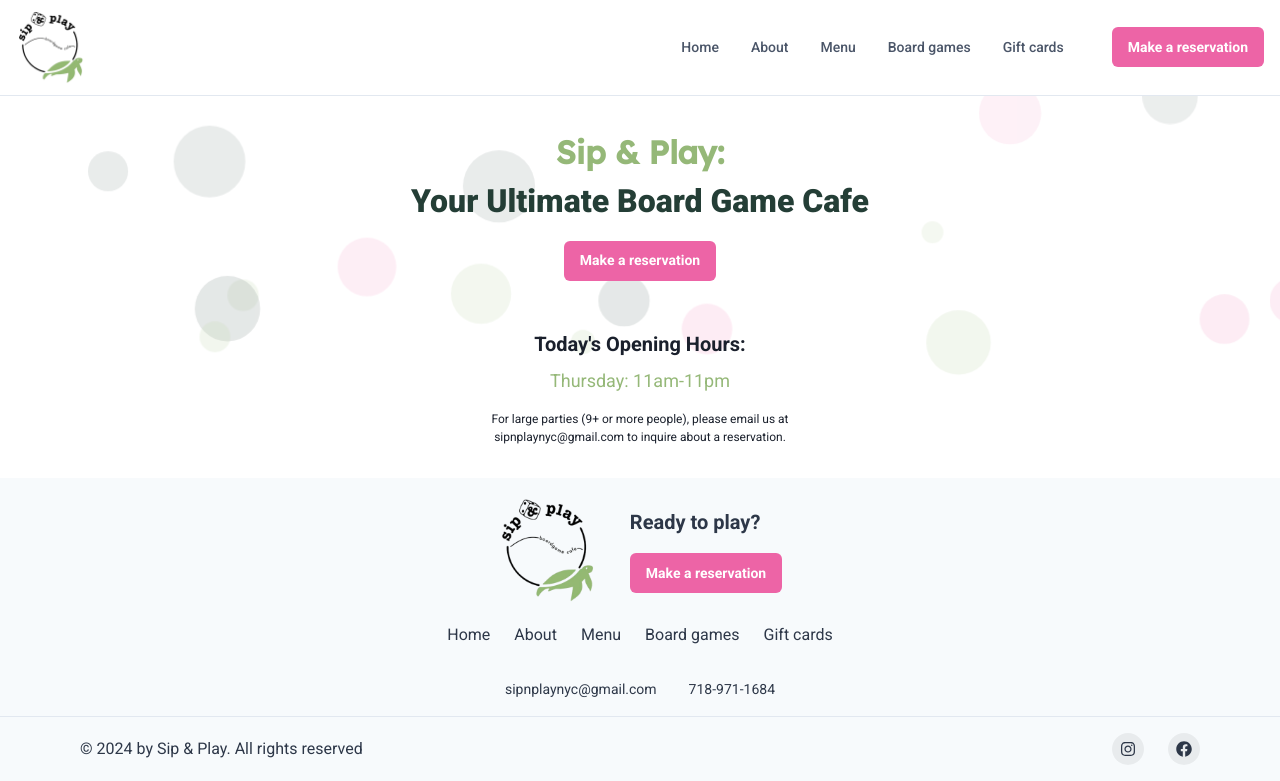
Repository: natespinetti/codedexsummerhackathon
Page: /
The author's editor kept a copy of each file at every save. The page is drawn from the files as they stood at one save, then again after the next save.
The browser window is 1280 px wide. The pictures show the whole page.
The project was rebuilt for these pictures with package versions that can differ from the ones it lists, and the page was loaded fresh each time. The framework's server and built-in components were replaced by stand-ins that run in the browser. Also part of the build but not shown: next.config.mjs.

Above is the page before, as saved 2024-07-11 15:38:07.

### app/layout.tsx
"use client";
import Head from "next/head";
import React from "react";
import Header from "./components/Header";
import Footer from "./components/Footer";
import { Providers } from "./components/Providers";

export default function RootLayout({
  children,
}: {
  children: React.ReactNode;
}) {
  return (
    <html lang="en">
      <Head>
        <title>Sip & Play</title>
        <meta name="description" content="Board games and boba!" />
        <meta name="viewport" content="width=device-width, initial-scale=1" />
        <link rel="icon" href="/favicons/favicon.ico" />
      </Head>
      <body>
        <Providers>
          <Header />
          <main>{children}</main>
          <Footer />
        </Providers>
      </body>
    </html>
  );
}

### app/page.tsx
import Image from "next/image";
import HomeHero from "./components/HomeHero";

export default function Home() {
  return (
    <>
      <HomeHero />
    </>
  );
}

### app/components/Header.tsx
"use client";

import {
  Box,
  Flex,
  Text,
  IconButton,
  Button,
  Stack,
  Collapse,
  Icon,
  Popover,
  PopoverTrigger,
  PopoverContent,
  useColorModeValue,
  useBreakpointValue,
  Image,
  useDisclosure,
} from "@chakra-ui/react";
import {
  HamburgerIcon,
  CloseIcon,
  ChevronDownIcon,
  ChevronRightIcon,
} from "@chakra-ui/icons";

export default function Header() {
  const { isOpen, onToggle } = useDisclosure();

  return (
    <Box>
      <Flex
        bg={useColorModeValue("white", "gray.800")}
        color={useColorModeValue("gray.600", "white")}
        minH={"60px"}
        py={{ base: 2 }}
        px={{ base: 4 }}
        borderBottom={1}
        borderStyle={"solid"}
        borderColor={useColorModeValue("gray.200", "gray.900")}
        align={"center"}
      >
        <Flex
          flex={{ base: 1, md: "auto" }}
          ml={{ base: -2 }}
          display={{ base: "flex", md: "none" }}
        >
          <IconButton
            onClick={onToggle}
            icon={
              isOpen ? <CloseIcon w={3} h={3} /> : <HamburgerIcon w={5} h={5} />
            }
            variant={"ghost"}
            aria-label={"Toggle Navigation"}
          />
        </Flex>
        <Flex flex={{ base: 1 }} justify={{ base: "center", md: "start" }}>
          <Text
            textAlign={useBreakpointValue({ base: "center", md: "left" })}
            fontFamily={"heading"}
            color={useColorModeValue("gray.800", "white")}
          >
            <Image
              maxW="70px"
              src="/logos/sipnplay2.png"
              alt="Sip & Play Logo"
            />
          </Text>

          <Flex
            display={{ base: "none", md: "flex" }}
            mr={10}
            alignItems="center"
            ml="auto"
          >
            <DesktopNav />
          </Flex>
        </Flex>

        <Stack
          flex={{ base: 1, md: 0 }}
          justify={"flex-end"}
          direction={"row"}
          spacing={6}
        >
          {/* <Button
            as={"a"}
            fontSize={"sm"}
            fontWeight={400}
            variant={"link"}
            href={"#"}
          >
            Sign In
          </Button> */}
          <Button
            as={"a"}
            display={{ base: "none", md: "inline-flex" }}
            fontSize={"sm"}
            fontWeight={600}
            color={"white"}
            bg={"pink.400"}
            href={"https://www.exploretock.com/sipnplay/"}
            target="_blank"
            _hover={{
              bg: "pink.300",
            }}
          >
            Make a reservation
          </Button>
        </Stack>
      </Flex>

      <Collapse in={isOpen} animateOpacity>
        <MobileNav />
      </Collapse>
    </Box>
  );
}

const DesktopNav = () => {
  const linkColor = useColorModeValue("gray.600", "gray.200");
  const linkHoverColor = useColorModeValue("gray.800", "white");
  const popoverContentBgColor = useColorModeValue("white", "gray.800");

  return (
    <Stack direction={"row"} spacing={4}>
      {NAV_ITEMS.map((navItem) => (
        <Box key={navItem.label}>
          <Popover trigger={"hover"} placement={"bottom-start"}>
            <PopoverTrigger>
              <Box
                as="a"
                p={2}
                href={navItem.href ?? "#"}
                fontSize={"sm"}
                fontWeight={500}
                color={linkColor}
                _hover={{
                  textDecoration: "none",
                  color: linkHoverColor,
                }}
              >
                {navItem.label}
              </Box>
            </PopoverTrigger>

            {navItem.children && (
              <PopoverContent
                border={0}
                boxShadow={"xl"}
                bg={popoverContentBgColor}
                p={4}
                rounded={"xl"}
                minW={"sm"}
              >
                <Stack>
                  {navItem.children.map((child) => (
                    <DesktopSubNav key={child.label} {...child} />
                  ))}
                </Stack>
              </PopoverContent>
            )}
          </Popover>
        </Box>
      ))}
    </Stack>
  );
};

const DesktopSubNav = ({ label, href, subLabel }: NavItem) => {
  return (
    <Box
      as="a"
      href={href}
      role={"group"}
      display={"block"}
      p={2}
      rounded={"md"}
      _hover={{ bg: useColorModeValue("pink.50", "gray.900") }}
    >
      <Stack direction={"row"} align={"center"}>
        <Box>
          <Text
            transition={"all .3s ease"}
            _groupHover={{ color: "pink.400" }}
            fontWeight={500}
          >
            {label}
          </Text>
          <Text fontSize={"sm"}>{subLabel}</Text>
        </Box>
        <Flex
          transition={"all .3s ease"}
          transform={"translateX(-10px)"}
          opacity={0}
          _groupHover={{ opacity: "100%", transform: "translateX(0)" }}
          justify={"flex-end"}
          align={"center"}
          flex={1}
        >
          <Icon color={"pink.400"} w={5} h={5} as={ChevronRightIcon} />
        </Flex>
      </Stack>
    </Box>
  );
};

const MobileNav = () => {
  return (
    <Stack
      bg={useColorModeValue("white", "gray.800")}
      p={4}
      display={{ md: "none" }}
    >
      {NAV_ITEMS.map((navItem) => (
        <MobileNavItem key={navItem.label} {...navItem} />
      ))}
    </Stack>
  );
};

const MobileNavItem = ({ label, children, href }: NavItem) => {
  const { isOpen, onToggle } = useDisclosure();

  return (
    <Stack spacing={4} onClick={children && onToggle}>
      <Box
        py={2}
        as="a"
        href={href ?? "#"}
        justifyContent="space-between"
        alignItems="center"
        _hover={{
          textDecoration: "none",
        }}
      >
        <Text
          fontWeight={600}
          color={useColorModeValue("gray.600", "gray.200")}
        >
          {label}
        </Text>
        {children && (
          <Icon
            as={ChevronDownIcon}
            transition={"all .25s ease-in-out"}
            transform={isOpen ? "rotate(180deg)" : ""}
            w={6}
            h={6}
          />
        )}
      </Box>

      <Collapse in={isOpen} animateOpacity style={{ marginTop: "0!important" }}>
        <Stack
          mt={2}
          pl={4}
          borderLeft={1}
          borderStyle={"solid"}
          borderColor={useColorModeValue("gray.200", "gray.700")}
          align={"start"}
        >
          {children &&
            children.map((child) => (
              <Box as="a" key={child.label} py={2} href={child.href}>
                {child.label}
              </Box>
            ))}
        </Stack>
      </Collapse>
    </Stack>
  );
};

interface NavItem {
  label: string;
  subLabel?: string;
  children?: Array<NavItem>;
  href?: string;
}

const NAV_ITEMS: Array<NavItem> = [
  {
    label: "Home",
    href: "/",
  },
  {
    label: "About",
    children: [
      {
        label: "Our story",
        subLabel: "Where it all started",
        href: "#",
      },
      {
        label: "Feedback",
        subLabel: "Let us know what you think",
        href: "#",
      },
    ],
  },
  {
    label: "Menu",
    children: [
      {
        label: "Coffee",
        subLabel: "Hot and iced coffee options",
        href: "#",
      },
      {
        label: "Specialty drinks",
        subLabel: "Spice it up with flavors and teas",
        href: "#",
      },
      {
        label: "Boba",
        subLabel: "Who doesn't love boba?",
        href: "#",
      },
      {
        label: "Hot bites",
        subLabel: "Some snacks while you play",
        href: "#",
      },
      {
        label: "Sandwiches & salads",
        subLabel: "Need something more? This is the place",
        href: "#",
      },
      {
        label: "Seasonal specials",
        subLabel: "Bevs to fit the season",
        href: "#",
      },
      {
        label: "Beer/wine",
        subLabel: "Rotating menu from local breweries",
        href: "#",
      },
    ],
  },
  {
    label: "Board games",
    href: "#",
  },
  {
    label: "Gift cards",
    href: "#",
  },
];

### app/components/Footer.tsx
"use client";

import {
  Box,
  chakra,
  Container,
  Stack,
  Text,
  useColorModeValue,
  Button,
  Image,
  VisuallyHidden,
} from "@chakra-ui/react";
import { FaInstagram, FaTwitter, FaYoutube, FaFacebook } from "react-icons/fa";
import { ReactNode } from "react";

const SocialButton = ({
  children,
  label,
  href,
}: {
  children: ReactNode;
  label: string;
  href: string;
}) => {
  return (
    <chakra.button
      bg={useColorModeValue("blackAlpha.100", "whiteAlpha.100")}
      rounded={"full"}
      w={8}
      h={8}
      cursor={"pointer"}
      as={"a"}
      href={href}
      display={"inline-flex"}
      alignItems={"center"}
      justifyContent={"center"}
      transition={"background 0.3s ease"}
      _hover={{
        bg: useColorModeValue("blackAlpha.200", "whiteAlpha.200"),
      }}
    >
      <VisuallyHidden>{label}</VisuallyHidden>
      {children}
    </chakra.button>
  );
};

export default function Footer() {
  return (
    <Box
      bg={useColorModeValue("gray.50", "gray.900")}
      color={useColorModeValue("gray.700", "gray.200")}
    >
      <Container
        as={Stack}
        maxW={"6xl"}
        py={4}
        spacing={4}
        justify={"center"}
        align={"center"}
      >
        <Box display="flex" flexDir="row" alignItems="center" gridGap="2rem">
          <Image
            maxW="100px"
            src="/logos/sipnplay2.png"
            alt="Sip & Play Logo"
          />
          <Box>
            <Text fontWeight={700} fontSize="20px" pb="1rem">
              Ready to play?
            </Text>
            <Button
              as={"a"}
              display={{ base: "none", md: "inline-flex" }}
              fontSize={"sm"}
              fontWeight={600}
              color={"white"}
              bg={"pink.400"}
              href={"https://www.exploretock.com/sipnplay/"}
              target="_blank"
              _hover={{
                bg: "pink.300",
              }}
            >
              Make a reservation
            </Button>
          </Box>
        </Box>
        <Stack direction={"row"} spacing={6}>
          <Box as="a" href={"#"}>
            Home
          </Box>
          <Box as="a" href={"#"}>
            About
          </Box>
          <Box as="a" href={"#"}>
            Menu
          </Box>
          <Box as="a" href={"#"}>
            Board games
          </Box>
          <Box as="a" href={"#"}>
            Gift cards
          </Box>
        </Stack>
        <Box
          display="flex"
          flexDir="row"
          gridGap="2rem"
          fontSize="14px"
          mt="1rem"
        >
          <Text as="a" href={"mailto:sipnplaynyc@gmail.com"}>
            sipnplaynyc@gmail.com
          </Text>
          <Text as="a" href={"tel:718-971-1684"}>
            718-971-1684
          </Text>
        </Box>
      </Container>

      <Box
        borderTopWidth={1}
        borderStyle={"solid"}
        borderColor={useColorModeValue("gray.200", "gray.700")}
      >
        <Container
          as={Stack}
          maxW={"6xl"}
          py={4}
          direction={{ base: "column", md: "row" }}
          spacing={4}
          justify={{ base: "center", md: "space-between" }}
          align={{ base: "center", md: "center" }}
        >
          <Text>© 2024 by Sip & Play. All rights reserved</Text>
          <Stack direction={"row"} spacing={6}>
            <SocialButton
              label={"Instagram"}
              href={"https://www.instagram.com/sipnplaynyc/?hl=en"}
            >
              <FaInstagram />
            </SocialButton>
            <SocialButton
              label={"Facebook"}
              href={"https://www.facebook.com/sipnplaynyc/"}
            >
              <FaFacebook />
            </SocialButton>
          </Stack>
        </Container>
      </Box>
    </Box>
  );
}

### app/components/Providers.tsx
import { SPTheme } from "@/ui/theme/theme";
import { ChakraProvider } from "@chakra-ui/react";
import { ReactNode } from "react";

export function Providers({ children }: { children: ReactNode }) {
  return <ChakraProvider theme={SPTheme}>{children}</ChakraProvider>;
}

### app/components/HomeHero.tsx
"use client";
import { Box, Text, Button, keyframes } from "@chakra-ui/react";
import CurrentDayHours from "./CurrentDaysHours";

const bubbleAnimation = keyframes`
  0% {
    transform: translateY(100px) scale(1);
    opacity: 1;
  }
  100% {
    transform: translateY(-1000px) scale(1.5);
    opacity: 0;
  }
`;

const bubbles = new Array(20).fill(0).map((_, index) => ({
  id: index,
  size: Math.random() * 3 + 1,
  left: Math.random() * 100,
  animationDuration: Math.random() * 20 + 10,
  animationDelay: Math.random() * 100,
}));

export default function HomeHero() {
  return (
    <>
      <Box position="relative" overflow="hidden" h="100%" w="100%">
        {bubbles.map((bubble, index) => (
          <Box
            key={bubble.id}
            position="absolute"
            bottom="0"
            left={`${bubble.left}%`}
            width={`${bubble.size}rem`}
            height={`${bubble.size}rem`}
            bg={
              index % 3 === 0
                ? "rgba(148, 185, 115, 0.3)"
                : index % 3 === 1
                ? "rgba(36, 62, 54, 0.3)"
                : "rgba(237, 100, 166, 0.3)"
            }
            borderRadius="50%"
            animation={`${bubbleAnimation} ${bubble.animationDuration}s linear infinite`}
            transitionDelay={`${bubble.animationDelay}s`}
          />
        ))}
        <Box
          position="relative"
          w="100vw"
          p="2rem"
          display="flex"
          flexDir="column"
          justifyItems="center"
          alignItems="center"
          gridGap="1rem"
          bg="rgba(255, 255, 255, 0.5)"
        >
          <Text
            as="h1"
            fontFamily="body"
            fontWeight="900"
            fontSize="2rem"
            color="#243E36"
            textAlign="center"
          >
            <Text
              as="span"
              color="#95b878"
              fontWeight="900"
              fontFamily="heading"
              fontSize="2rem"
            >
              Sip & Play:
              <br />
            </Text>
            Your Ultimate Board Game Cafe
          </Text>
          <Button
            as={"a"}
            display={{ base: "none", md: "inline-flex" }}
            fontSize={"sm"}
            fontWeight={600}
            color={"white"}
            bg={"pink.400"}
            href={"https://www.exploretock.com/sipnplay/"}
            target="_blank"
            _hover={{
              bg: "pink.300",
            }}
          >
            Make a reservation
          </Button>
          <CurrentDayHours />
          <Text
            fontSize="12px"
            w={{ base: "100%", md: "30%" }}
            textAlign="center"
          >
            For large parties (9+ or more people), please email us at{" "}
            <Text as="a" href="mailto:sipnplaynyc@gmail.com">
              sipnplaynyc@gmail.com
            </Text>{" "}
            to inquire about a reservation.
          </Text>
        </Box>
      </Box>
    </>
  );
}

### ui/theme/theme.tsx
import { extendTheme } from "@chakra-ui/react";
import { fonts } from "./fonts";

const overrides = {
  fonts,
};

export const SPTheme = extendTheme(overrides);

### app/components/CurrentDaysHours.tsx
import React from "react";
import { Box, Text } from "@chakra-ui/react";

const openingHours: { [key: number]: string } = {
  0: "Sunday: 10am-11pm",
  1: "Monday: 11am-11pm",
  2: "Tuesday: 11am-11pm",
  3: "Wednesday: 11am-11pm",
  4: "Thursday: 11am-11pm",
  5: "Friday: 11am-midnight",
  6: "Saturday: 10am-midnight",
};

const CurrentDayHours = () => {
  const currentDay = new Date().getDay();
  const hours = openingHours[currentDay];

  return (
    <Box textAlign="center" mt="2rem">
      <Text fontSize="xl" fontWeight="bold">
        Today's Opening Hours:
      </Text>
      <Text fontSize="lg" mt="0.5rem" color="#95b878">
        {hours}
      </Text>
    </Box>
  );
};

export default CurrentDayHours;

### ui/theme/fonts.tsx
import { Roboto, Lexend } from "next/font/google";

const roboto = Roboto({
  subsets: ["latin"],
  display: "swap",
  weight: ["100", "300", "400", "500", "700", "900"],
  style: ["normal", "italic"],
});

const lexend = Lexend({
  subsets: ["latin"],
  display: "swap",
  weight: ["300", "400", "500"],
  style: ["normal"],
});

export const fonts = {
  heading: lexend.style.fontFamily,
  body: roboto.style.fontFamily,
};

After the next save:
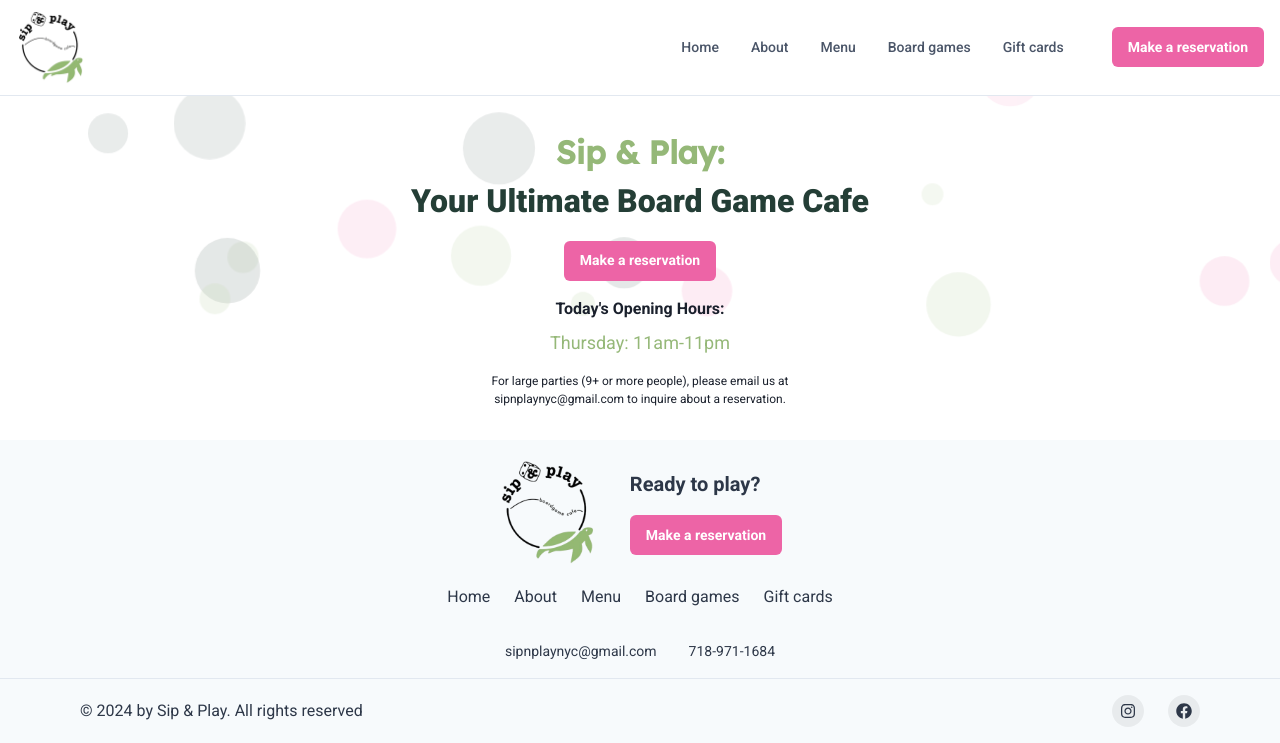
Saved 20 s later.
--- a/app/components/CurrentDaysHours.tsx
+++ b/app/components/CurrentDaysHours.tsx
@@ -16,10 +16,8 @@
   const hours = openingHours[currentDay];
 
   return (
-    <Box textAlign="center" mt="2rem">
-      <Text fontSize="xl" fontWeight="bold">
-        Today's Opening Hours:
-      </Text>
+    <Box textAlign="center">
+      <Text fontWeight="bold">Today's Opening Hours:</Text>
       <Text fontSize="lg" mt="0.5rem" color="#95b878">
         {hours}
       </Text>
